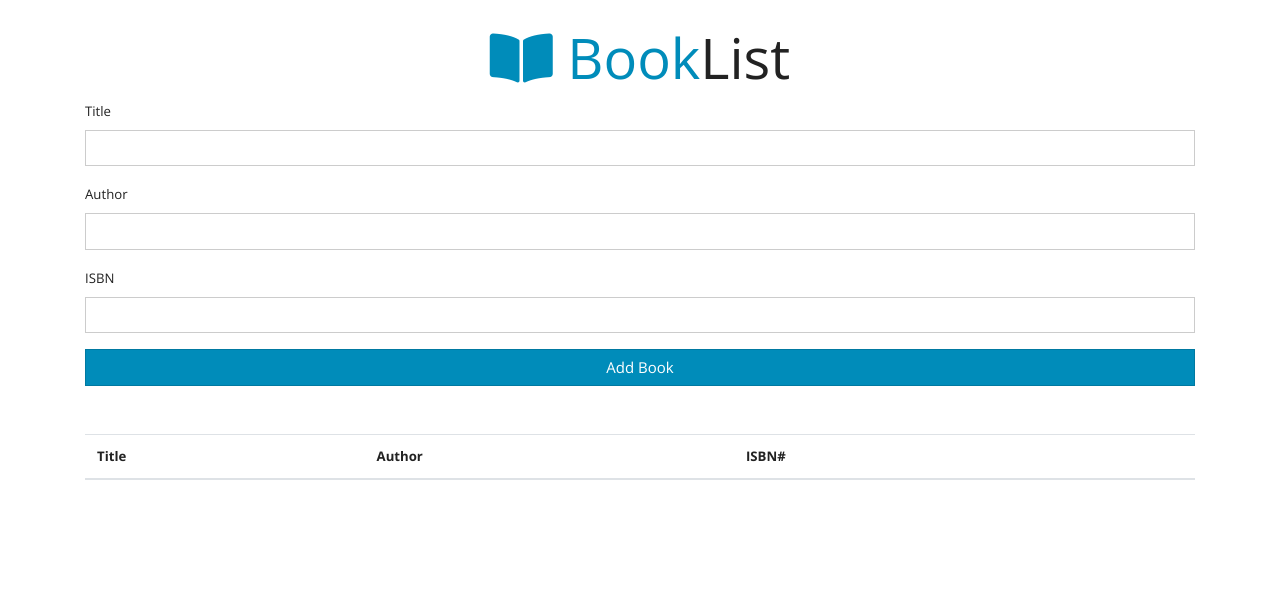
Repository: carrascomcesar/JSBOOKLIST
Page: index.html
An editor plug-in stored every save of this project. The page is shown before and after the next save, followed by the edit.
The browser window is 1280 px wide. The pictures show the whole page.
Some web libraries are served in a nearby version.

Above is the page before, as saved 2021-02-01 11:04:18.
Console error: SyntaxError: Malformed arrow function parameter list

After the next save:
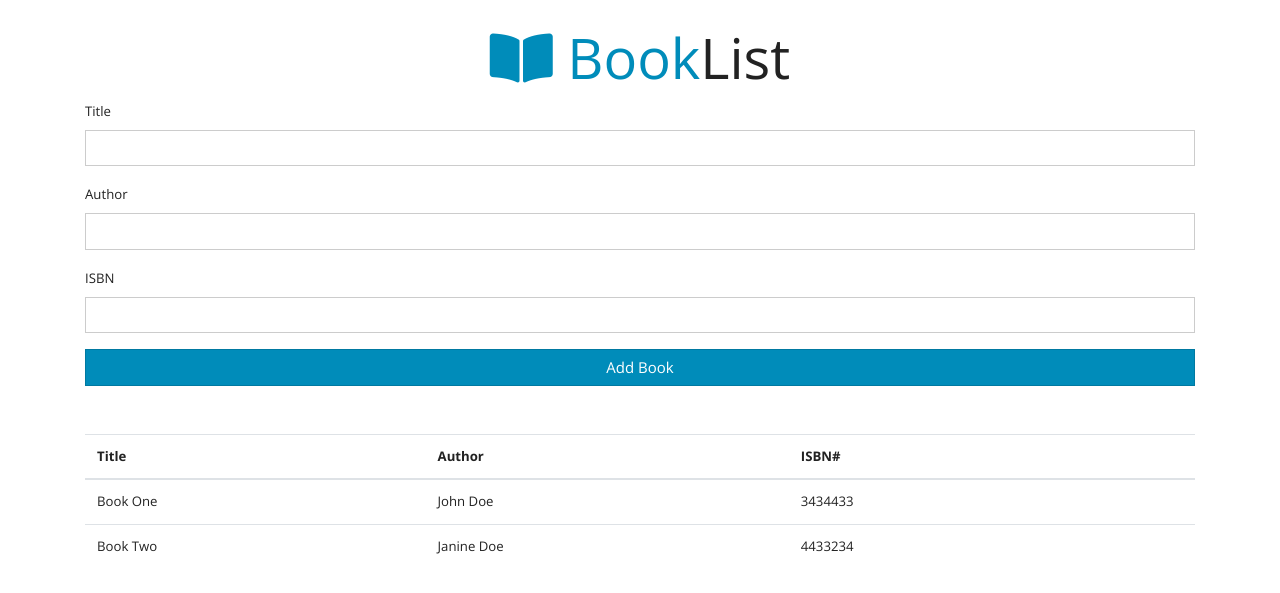
The error is gone.
Saved 64 s later.
--- a/app.js
+++ b/app.js
@@ -45,7 +45,7 @@ class UI {
 // Event: Display Books
 document.addEventListener("DOMContentLoaded", UI.displayBooks);
 // Event: Add a Book
-document.querySelector('#book-form').addEventListener('submit', e() => {
+document.querySelector('#book-form').addEventListener('submit', (e) => {
     // Get form values
     const title = document.querySelector('#title').value;
     const author = document.querySelector('#author').value;
